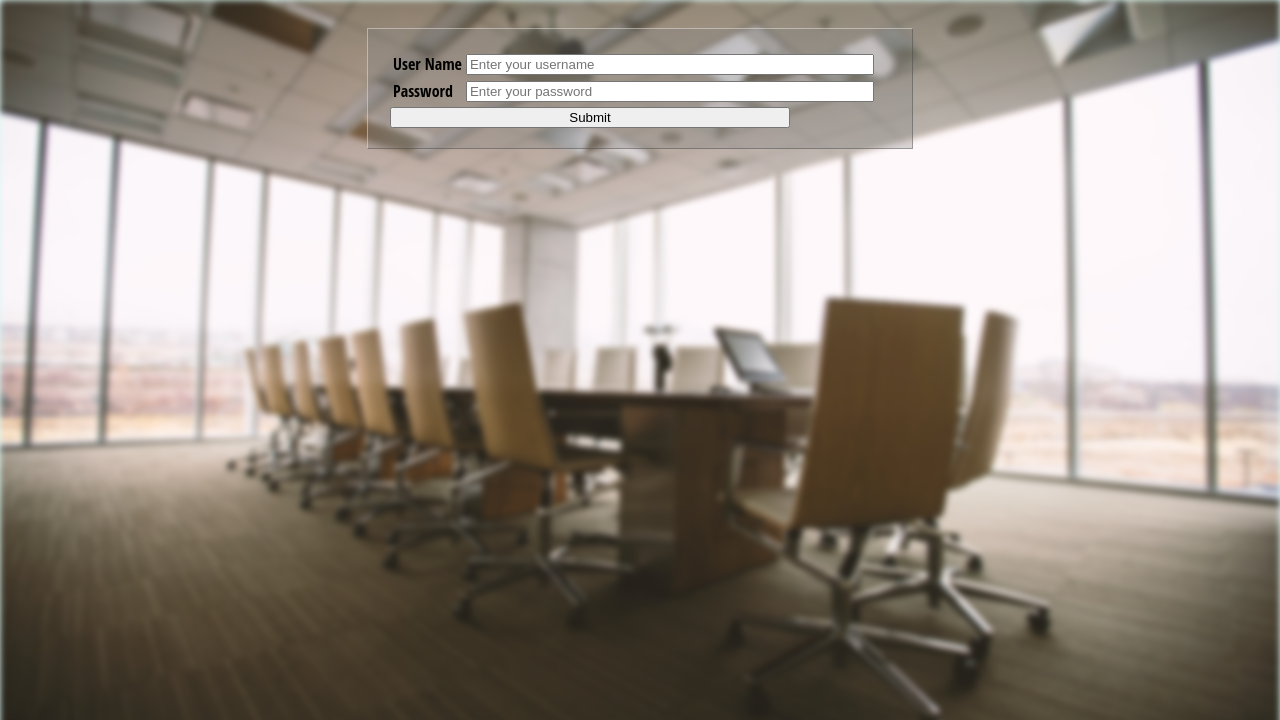
Repository: IT20643218/Employee-Management-System-OOP-Project-20-Y2S2
Page: http://localhost/EmployeeDemo/login.jsp
An editor plug-in stored every save of this project. The page is shown before and after the next save, followed by the edit.
The browser window is 1280 px wide. The pictures show the whole page.
Some web fonts or font styles are not loaded; a fallback is used. The page is served by Tomcat 9. Nobody is signed in. The application's start-up code is not run.

Above is the page before, as saved 2021-09-30 12:48:52.

After the next save:
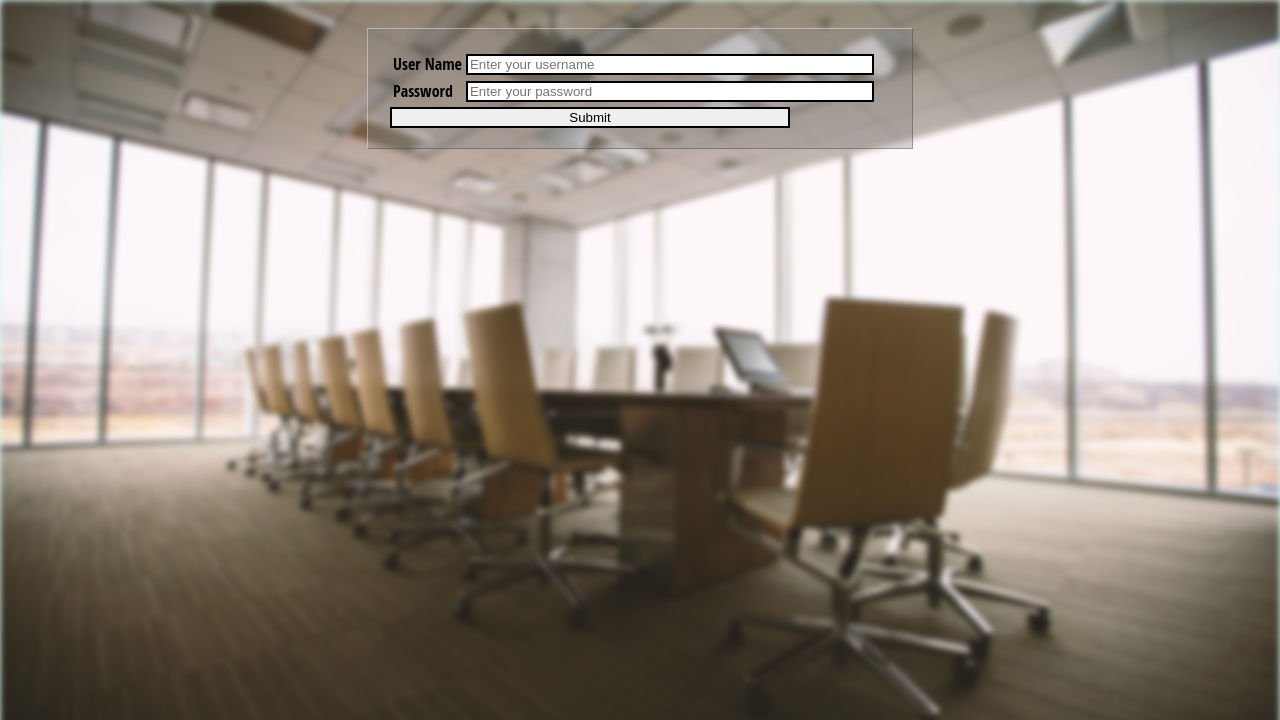
Saved 47 s later.
--- a/Java_Project/EmployeeDemo/src/main/webapp/login.jsp
+++ b/Java_Project/EmployeeDemo/src/main/webapp/login.jsp
@@ -42,6 +42,7 @@ form {
 
 form input, form button {
 	width: 400px;
+	 border: 2px solid;
 }
 </style>
 <body>
